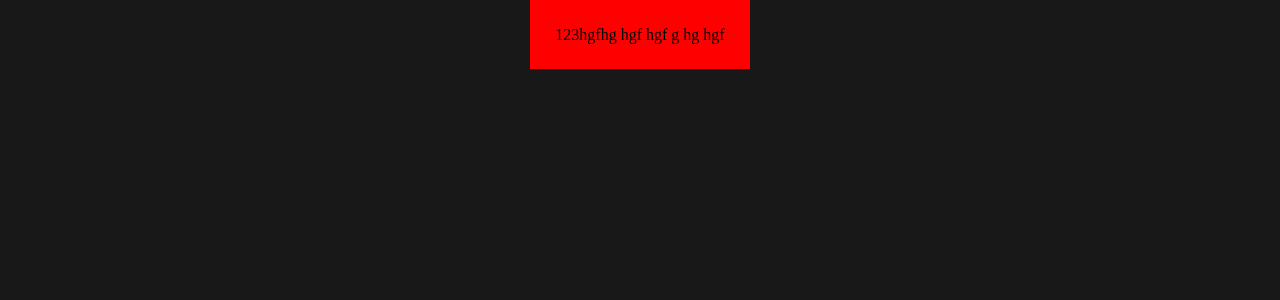
Repository: randy918/dark-portfolio-five
Page: index.html
These files come from the project's save history. The page is drawn as it stood at one moment and after a run of saves; the edit follows.
The browser window is 1280 px wide. The pictures show the whole page.
Some web fonts or font styles are not loaded; a fallback is used. The style sheet was rebuilt from its Sass, Less or Tailwind sources for each picture, by a compiler version that may differ from the author's.

Above is the page before, as saved 2023-03-03 11:35:01.

After the next 2 saves:
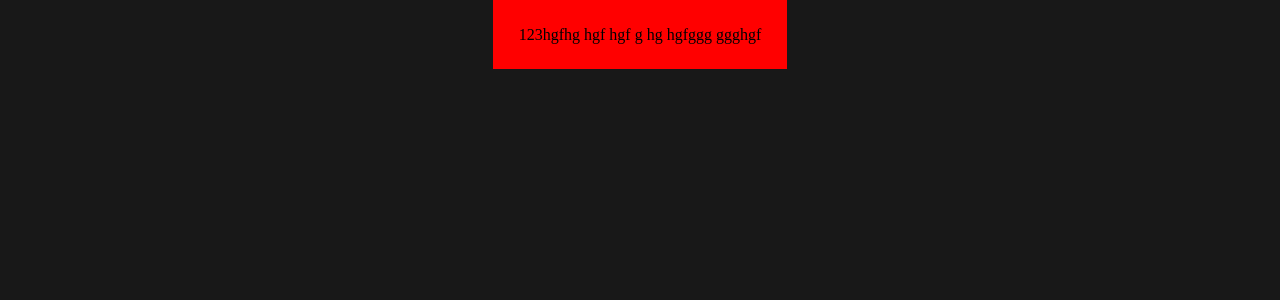
The 2 saves are shown as one change because they came seconds apart.
The last was saved 6 s later.
--- a/index.html
+++ b/index.html
@@ -17,7 +17,7 @@
 	</head>
 
 	<body class="body-wrapper">
-		<header class="header-wrapper"><nav class="nav-wrapper">123hgfhg hgf hgf g hg hgf</nav>
+		<header class="header-wrapper"><nav class="nav-wrapper">123hgfhg hgf hgf g hg hgfggg ggghgf </nav>
 		</header>
 
 		<main class = "main-wrapper" ></main>
